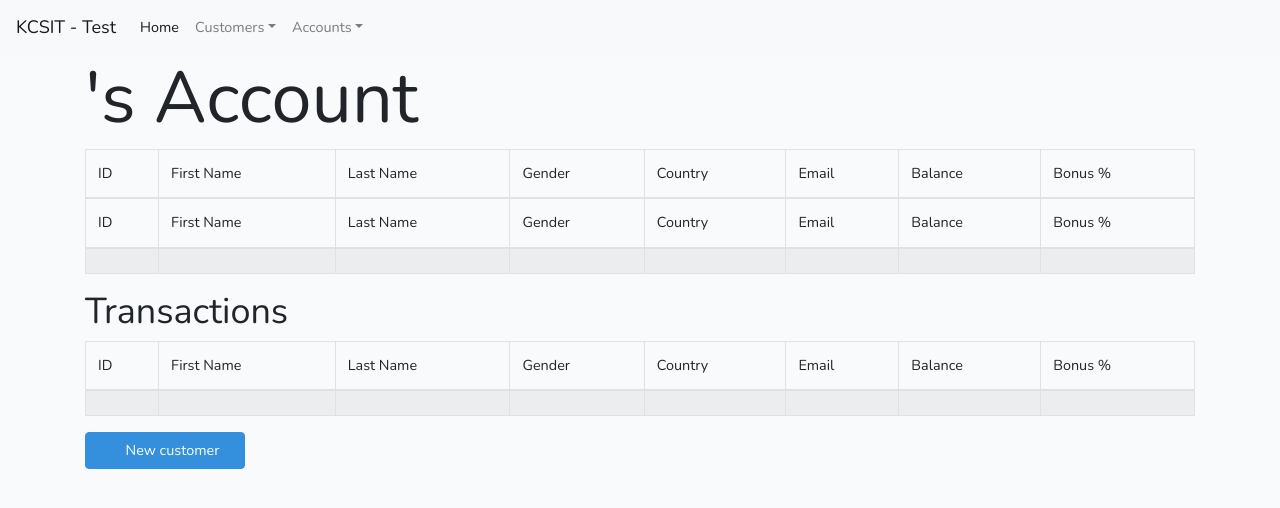
Repository: GilmarBrito/kcsit
Page: resources/views/accounts/index.blade.php
An editor plug-in stored every save of this project. The page is shown before and after the next save, followed by the edit.
The browser window is 1280 px wide. The pictures show the whole page.
The page is served by the project's Laravel application, run on PHP 8.4 with Laravel 8. Other server files are loaded and not shown. Style sheets and scripts are compiled from the project's sources, by tool versions that may differ from the author's. The template is opened directly, without the code that normally fills it, so the values that code supplies are empty.

Above is the page before, as saved 2020-03-09 02:52:29.
Console error: ReferenceError: $ is not defined

### routes/web.php
<?php

use Illuminate\Support\Facades\Route;

/*
|--------------------------------------------------------------------------
| Web Routes
|--------------------------------------------------------------------------
|
| Here is where you can register web routes for your application. These
| routes are loaded by the RouteServiceProvider within a group which
| contains the "web" middleware group. Now create something great!
|
*/

Route::get('/', function () {
    return view('welcome');
});

Route::resource('customers', 'CustomerController');

Route::get('/customers/{id}/accounts',[
    'as' => 'accounts.show',
    'uses' => 'AccountController@show'
]);

### resources/views/accounts/index.blade.php
@extends('base')

@section('main')
<div class="row">
    <div class="col-sm-12">
        <h1 class="display-3">{{$customer->first_name}} {{$customer->last_name}}'s Account</h1>
    </div>

    <div class="col-sm-12">
        <table class="table table-striped table-bordered">
            <thead>
                <tr>
                    <td>ID</td>
                    <td>First Name</td>
                    <td>Last Name</td>
                    <td>Gender</td>
                    <td>Country</td>
                    <td>Email</td>
                    <td>Balance</td>
                    <td>Bonus %</td>
                </tr>
                <tr>
                    <td>ID</td>
                    <td>First Name</td>
                    <td>Last Name</td>
                    <td>Gender</td>
                    <td>Country</td>
                    <td>Email</td>
                    <td>Balance</td>
                    <td>Bonus %</td>
                </tr>
            </thead>
            <tbody>

                <tr>
                    <td>{{$customer->id}}</td>
                    <td>{{$customer->first_name}}</td>
                    <td>{{$customer->last_name}}</td>
                    <td>{{$customer->gender}}</td>
                    <td>{{$customer->country}}</td>
                    <td>{{$customer->email}}</td>
                    <td>{{$account->current_balance}}</td>
                    <td>{{$account->bonus}}</td>
                </tr>

            </tbody>
        </table>
    </div>
    <div class="col-sm-12">
        <h1>Transactions</h1>
        <table class="table table-striped table-bordered">
            <thead>
                <tr>
                    <td>ID</td>
                    <td>First Name</td>
                    <td>Last Name</td>
                    <td>Gender</td>
                    <td>Country</td>
                    <td>Email</td>
                    <td>Balance</td>
                    <td>Bonus %</td>
                </tr>
            </thead>
            <tbody>

                <tr>
                    <td>{{$customer->id}}</td>
                    <td>{{$customer->first_name}}</td>
                    <td>{{$customer->last_name}}</td>
                    <td>{{$customer->gender}}</td>
                    <td>{{$customer->country}}</td>
                    <td>{{$customer->email}}</td>
                    <td>{{$account->current_balance}}</td>
                    <td>{{$account->bonus}}</td>
                </tr>

            </tbody>
        </table>
    </div>
    <div class="col-sm-2">
        <a href="{{route('customers.create')}}" class="btn btn-primary btn-block">
            <i class="fas fa-user-plus"></i> New customer
        </a>
    </div>
</div>
@endsection

### resources/views/base.blade.php
<!DOCTYPE html>
<html lang="en">
<head>
    <meta name="viewport" content="width=device-width, initial-scale=1.0">
    <title>KCSIT - Clever Full Stack Developer Test Task</title>
    <!-- Styles -->
    <link href="{{ asset('css/app.css') }}" rel="stylesheet">
</head>
<body>
    <nav class="navbar navbar-expand-lg navbar-light bg-light">
        <a class="navbar-brand" href="#">{{ config('app.name') }}</a>
        <button class="navbar-toggler" type="button" data-toggle="collapse" data-target="#navbarSupportedContent" aria-controls="navbarSupportedContent" aria-expanded="false" aria-label="Toggle navigation">
            <span class="navbar-toggler-icon"></span>
        </button>

        <div class="collapse navbar-collapse" id="navbarSupportedContent">
            <ul class="navbar-nav mr-auto">
                <li class="nav-item active">
                    <a class="nav-link" href="#">Home <span class="sr-only">(current)</span></a>
                </li>
                <li class="nav-item dropdown">
                    <a class="nav-link dropdown-toggle" href="#" id="navbarDropdown" role="button" data-toggle="dropdown" aria-haspopup="true" aria-expanded="false">Customers</a>
                    <div class="dropdown-menu" aria-labelledby="navbarDropdown">
                        <a class="dropdown-item" href="{{ route('customers.index') }}">List</a>
                        <a class="dropdown-item" href="{{ route('customers.create')}}">New</a>
                    </div>
                </li>
                <li class="nav-item dropdown">
                    <a class="nav-link dropdown-toggle" href="#" id="navbarDropdown" role="button" data-toggle="dropdown" aria-haspopup="true" aria-expanded="false">Accounts</a>
                    <div class="dropdown-menu" aria-labelledby="navbarDropdown">
                        <a class="dropdown-item" href="#">List</a>
                        <a class="dropdown-item" href="#">Deposit</a>
                        <a class="dropdown-item" href="#">Withdraw</a>
                    </div>
                </li>
            </ul>
        </div>
    </nav>
    @include('flash-message')
    <div class="container">
        @yield('main')
    </div>
    <!-- Scripts -->
    <script src="{{ asset('js/app.js') }}"></script>

    <script>
        $(document).ready(function () {
            if ($('.alert')){
                $('.alert').fadeTo(4000, 500).slideUp(500, function(){
                    $(".alert-dismissible").alert('close');
                });
            }
        });
    </script>

</body>
</html>

### resources/views/flash-message.blade.php
@if ($message = Session::get('success'))
<div class="alert alert-success alert-dismissible fade show">
	<button type="button" class="close" data-dismiss="alert">×</button>
        <strong>{{ $message }}</strong>
</div>
@endif


@if ($message = Session::get('error'))
<div class="alert alert-danger alert-dismissible fade show">
	<button type="button" class="close" data-dismiss="alert">×</button>
        <strong>{{ $message }}</strong>
</div>
@endif


@if ($message = Session::get('warning'))
<div class="alert alert-warning alert-dismissible fade show">
	<button type="button" class="close" data-dismiss="alert">×</button>
	<strong>{{ $message }}</strong>
</div>
@endif


@if ($message = Session::get('info'))
<div class="alert alert-info alert-dismissible fade show">
	<button type="button" class="close" data-dismiss="alert">×</button>
	<strong>{{ $message }}</strong>
</div>
@endif


@if ($errors->any())
<div class="alert alert-danger alert-dismissible fade show">
	<button type="button" class="close" data-dismiss="alert">×</button>
	Please check the form below for errors
</div>
@endif

### resources/sass/app.scss
// Fonts
@import url('https://fonts.googleapis.com/css?family=Nunito');

// Variables
@import 'variables';

// Bootstrap
@import '~bootstrap/scss/bootstrap';
// @import 'node_modules/@fortawesome/fontawesome-free/scss/fontawesome.scss';
@import '~@fortawesome/fontawesome-free/scss/fontawesome';
@import '~@fortawesome/fontawesome-free/scss/regular';
@import '~@fortawesome/fontawesome-free/scss/solid';
@import '~@fortawesome/fontawesome-free/scss/brands';

Loaded but not shown: resources/sass/_variables.scss (common file)

After the next save:
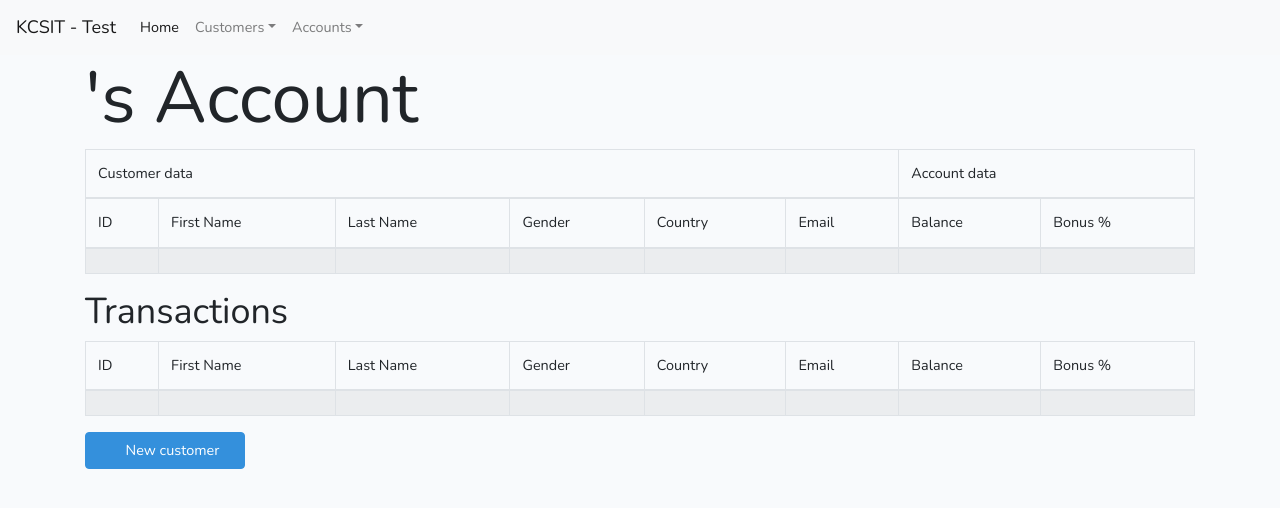
Saved 60 s later.
--- a/resources/views/accounts/index.blade.php
+++ b/resources/views/accounts/index.blade.php
@@ -10,14 +10,8 @@
         <table class="table table-striped table-bordered">
             <thead>
                 <tr>
-                    <td>ID</td>
-                    <td>First Name</td>
-                    <td>Last Name</td>
-                    <td>Gender</td>
-                    <td>Country</td>
-                    <td>Email</td>
-                    <td>Balance</td>
-                    <td>Bonus %</td>
+                    <td colspan="6">Customer data</td>
+                    <td colspan="2">Account data</td>
                 </tr>
                 <tr>
                     <td>ID</td>
